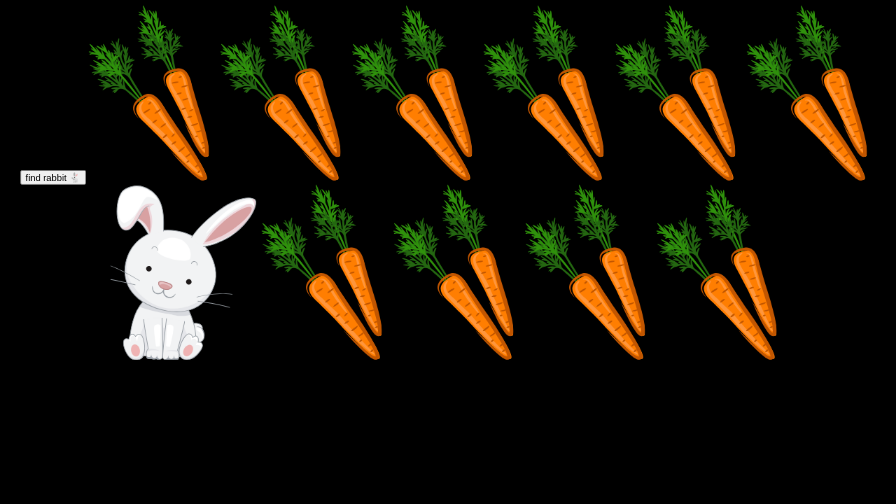
Repository: DongjaJ/Browser
Page: rabbits ans/index.html
These files come from the project's save history. The page is drawn as it stood at one moment and after the next save; the edit follows.
The browser window is 1280 px wide. The pictures show the part of the page from y = 0 to 1920 px (the page is 720 px tall before and 2786 px after), at 70% of full size.

Above is the page before, as saved 2022-09-15 13:51:47.

After the next save:
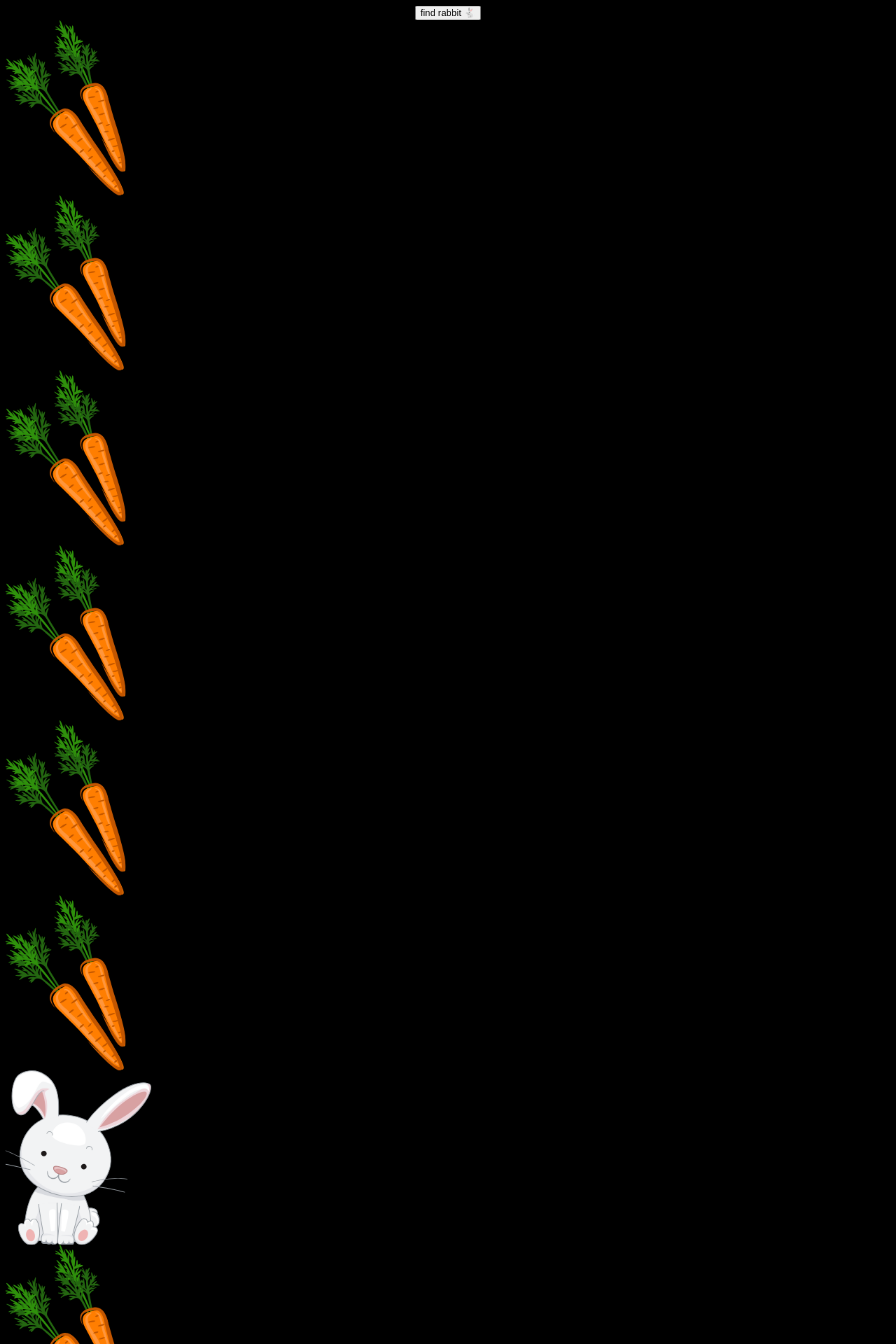
Saved 16 s later.
--- a/rabbits ans/index.html
+++ b/rabbits ans/index.html
@@ -9,6 +9,11 @@
         text-align: center;
         background-color: black;
       }
+
+      img{
+        display: block;
+      }
+
     </style>
   </head>
   <body>
